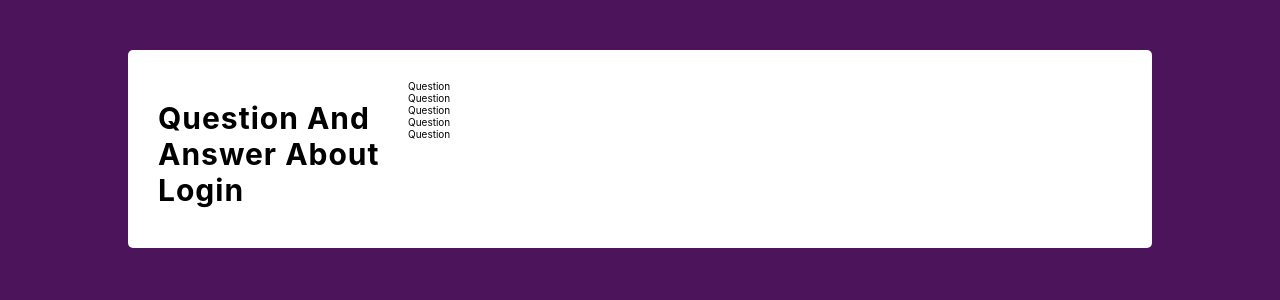
Repository: thaiduy1704/TypeScriptBasic
Page: / (app in 04-Accordion/)
An editor plug-in stored every save of this project. The page is shown before and after the next save, followed by the edit.
The browser window is 1280 px wide. The pictures show the whole page.
The project was rebuilt for these pictures with package versions that can differ from the ones it lists, and the page was loaded fresh each time. Also part of the build but not shown: 04-Accordion/src/App.css.

Above is the page before, as saved 2022-10-28 16:34:15.

After the next save:
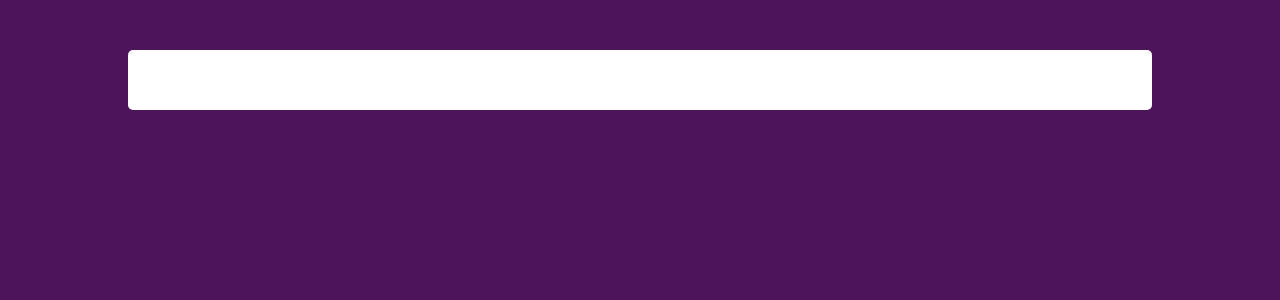
Saved 9 s later.
--- a/04-Accordion/src/App.tsx
+++ b/04-Accordion/src/App.tsx
@@ -4,18 +4,7 @@
 import { data } from './data/data';
 import Question from './components/Question';
 function App() {
-	return (
-		<Wrapper>
-			<div className='info'>
-				<h1>Question and Answer about login</h1>
-			</div>
-			<div className='question__container'>
-				{data.map((item, index) => {
-					return <Question {...item} key={index} />;
-				})}
-			</div>
-		</Wrapper>
-	);
+	return <Wrapper></Wrapper>;
 }
 
 const Wrapper = styled.main`

After the 2 saves that followed:
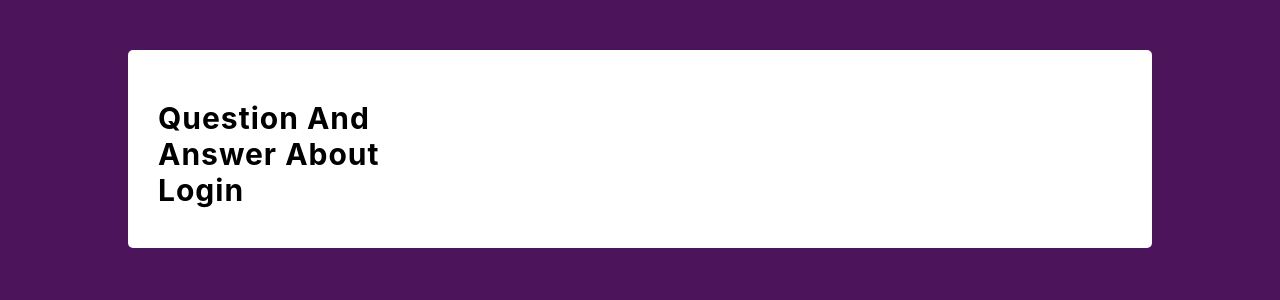
The 2 saves are shown as one change because 1 left the picture as it was.
The last was saved 4 min 27 s later.
--- a/04-Accordion/src/App.tsx
+++ b/04-Accordion/src/App.tsx
@@ -4,7 +4,13 @@
 import { data } from './data/data';
 import Question from './components/Question';
 function App() {
-	return <Wrapper></Wrapper>;
+	return (
+		<Wrapper>
+			<div className='info'>
+				<h1>Question and Answer about login</h1>
+			</div>
+		</Wrapper>
+	);
 }
 
 const Wrapper = styled.main`
